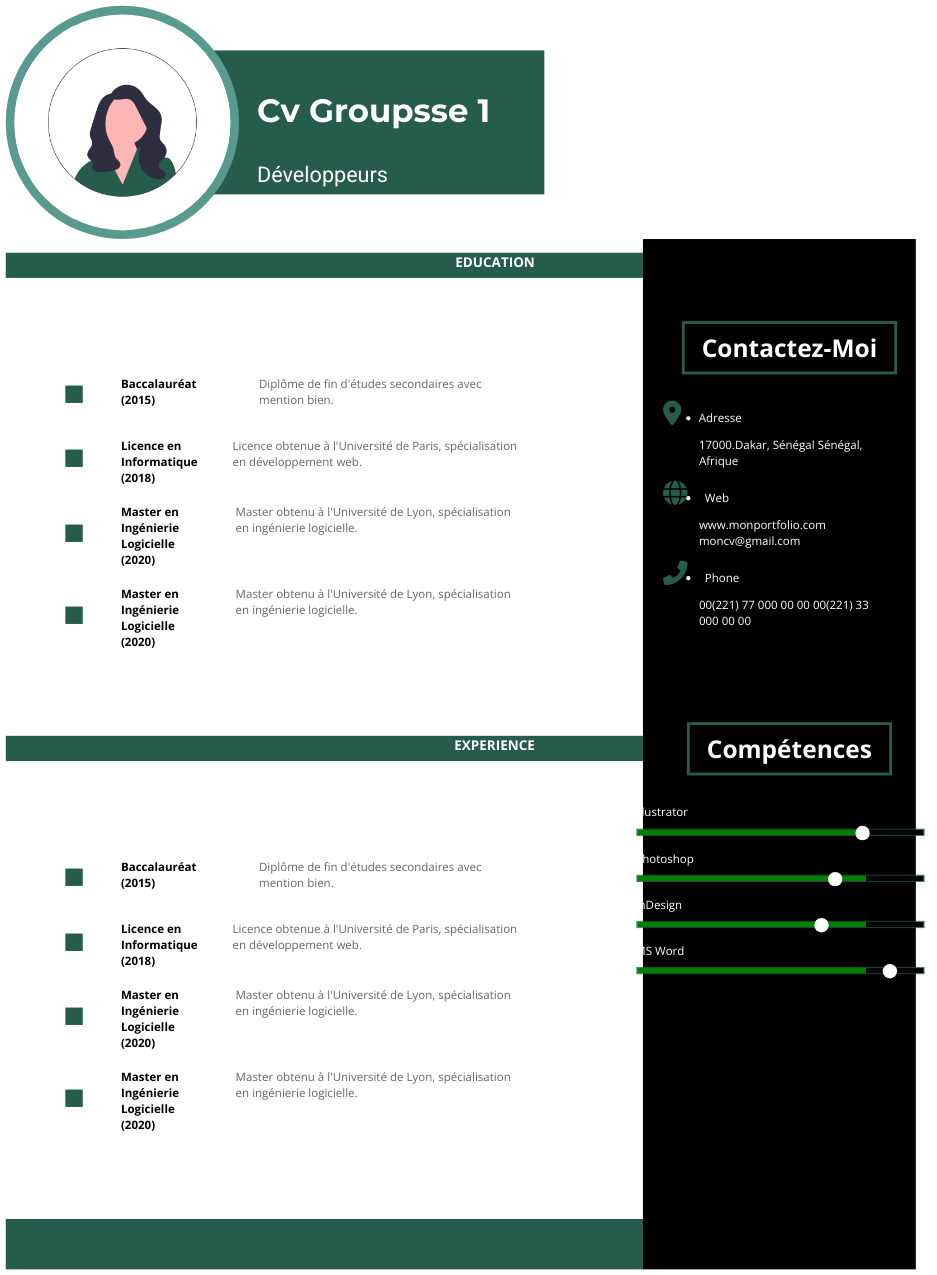
Repository: NdiongueFH/Mon_CV
Page: CV_Groupe1.html
These files come from the project's save history. The page is drawn as it stood at one moment and after the next save; the edit follows.
The browser window is 1280 px wide. The page is 1302 px wide, so the pictures cover 1302 px, including what lies to the right of the window. The pictures show the whole page, at 72% of full size.

Above is the page before, as saved 2024-08-04 23:21:46.

### CV_Groupe1.html
<!DOCTYPE html>
<html lang="fr">
<head>
    <meta charset="UTF-8">
    <meta name="viewport" content="width=device-width, initial-scale=1.0">
    <!--Lin Font Awesome-->
    <link rel="stylesheet" href="https://cdnjs.cloudflare.com/ajax/libs/font-awesome/6.0.0-beta3/css/all.min.css">
    <!--Intégration de police d'écriture via un lien web-->
    <link href="https://fonts.googleapis.com/css2?family=Montserrat:wght@400;700&family=Open+Sans:wght@400;700&family=Roboto:wght@400;500&display=swap" rel="stylesheet">
    <!--Intégration de notre lien CSS-->
    <link rel="stylesheet" href="CV_Groupe1.css">
    <title>MON CV</title>

</head>
<body>
    <!--section principale-->
    <section id="principal">

        <!--Début Partie Ndiawar-->

        <!--la partie profile de notre cv-->
        <section id="profile">
            <!--identité-->
            <div id="identite">
                <!--image-->
                <div class="image">
                    <img id="image_profil" src="./image/profil.png" alt="" sizes="30" srcset="">
                </div>
                <!--fin image-->
                <!--debut nom-->
                <div class="nom">
                    <h1 id="name_cv">Cv Groupsse 1</h1>
                    <span id="function">Développeurs</span>
                </div>
                <!--fin nom-->
            </div>
            <!--fin identité-->
        </section>
        <!--fin de la partie profile-->

        <!--Fin Partie Ndiawar Diop-->


        <!--le debut du corp de notre cv-->
        <section  id="renseignement">
            <!--corp -->
            <div id="corps">
                <!--debut blanc-->
                <div class="blanc">


                    <!--Début Partie Anta Maguette Faye-->


                    <!--education-->
                    <div class="edu_exp">
                        <!--titre education-->
                        <div class="titre_edu_exp">
                            <h1 class="h1_titr">
                                EDUCATION
                            </h1>
                        </div>
                        <!--fin titre education-->
                        <!--parti education-->
                        <div id="info_edu">
                            <ul class="liste-diplomes">
                                <li>
                                    <div class="info">
                                        <span class="diplome">Baccalauréat</span>
                                        <span class="annee">(2015)</span>
                                    </div>
                                    <p class="description">Diplôme de fin d'études secondaires avec mention bien.</p>
                                </li>
                                <li>
                                    <div class="info">
                                        <span class="diplome">Licence en Informatique</span>
                                        <span class="annee">(2018)</span>
                                    </div>
                                    <p class="description">Licence obtenue à l'Université de Paris, spécialisation en développement web.</p>
                                </li>
                                <li>
                                    <div class="info">
                                        <span class="diplome">Master en Ingénierie Logicielle</span>
                                        <span class="annee">(2020)</span>
                                    </div>
                                    <p class="description">Master obtenu à l'Université de Lyon, spécialisation en ingénierie logicielle.</p>
                                </li>
                                <li>
                                    <div class="info">
                                        <span class="diplome">Master en Ingénierie Logicielle</span>
                                        <span class="annee">(2020)</span>
                                    </div>
                                    <p class="description">Master obtenu à l'Université de Lyon, spécialisation en ingénierie logicielle.</p>
                                </li>
                            </ul>
                        </div>
                        <!--fin parti education-->
                    </div>
                    <!--fin education-->


                    <!--Fin Partie Anta Maguette Faye-->

                    <!--Début Partie Fatoumata Hawa Ndiongue-->

                    <!--experience-->
                    <div class="edu_exp" >
                        <!--titre experience-->
                        <div class="titre_edu_exp">
                            <h1 class="h1_titr">
                                EXPERIENCE
                            </h1>
                        </div>
                        <!--fin titre experience-->
                        <!--parti experience-->
                        <div id="info_exp">
                            <ul class="liste-diplomes">
                                <li>
                                    <div class="info">
                                        <span class="diplome">Baccalauréat</span>
                                        <span class="annee">(2015)</span>
                                    </div>
                                    <p class="description">Diplôme de fin d'études secondaires avec mention bien.</p>
                                </li>
                                <li>
                                    <div class="info">
                                        <span class="diplome">Licence en Informatique</span>
                                        <span class="annee">(2018)</span>
                                    </div>
                                    <p class="description">Licence obtenue à l'Université de Paris, spécialisation en développement web.</p>
                                </li>
                                <li>
                                    <div class="info">
                                        <span class="diplome">Master en Ingénierie Logicielle</span>
                                        <span class="annee">(2020)</span>
                                    </div>
                                    <p class="description">Master obtenu à l'Université de Lyon, spécialisation en ingénierie logicielle.</p>
                                </li>
                                <li>
                                    <div class="info">
                                        <span class="diplome">Master en Ingénierie Logicielle</span>
                                        <span class="annee">(2020)</span>
                                    </div>
                                    <p class="description">Master obtenu à l'Université de Lyon, spécialisation en ingénierie logicielle.</p>
                                </li>
                            </ul>
                        </div>
                        <!--fin parti experience-->
                    </div>
                    <!--fin experience-->

                    <!--Début Footer-->
                    <div id="footer">

                    </div>
                    <!--Fin Footer-->

                    <!--Fin Partie Fatoumata Hawa Ndiongue-->

                </div>
                <!--fin blanc-->

                <!--Début Moustapha Dieng-->


                <!--debut noir-->
                <div class="noir">
                    <!--contact-->
                    <div class="contact">
                        <!--titre contact-->
                        <div class="title">
                            <h1 class="titre_contact_skill">
                                Contactez-Moi
                            </h1>
                        </div>
                        <!--fin titre contact-->
                        <!-- donnee contact-->
                        <div class="donnees_contact">
                            <ul class="list_contact">
                                <li>
                                    <p class="icon_contact">
                                        <i class="fas fa-map-marker-alt"></i> Adresse
                                    </p>
                                    <div class="contactez">
                                        <span class="detail">17000.Dakar, Sénégal</span>
                                        <span class="desc">Sénégal, Afrique</span>
                                    </div>
                                </li>
                            </ul>
                            <ul class="list_contact">
                                <li>
                                    <p class="icon_contact">
                                        <i class="fas fa-globe"></i> Web
                                    </p>
                                    <div class="contactez">
                                        <span class="detail">www.monportfolio.com</span>
                                        <span class="desc">moncv@gmail.com</span>
                                    </div>
                                </li>
                            </ul>
                            <ul class="list_contact">
                                <li>
                                    <p class="icon_contact">
                                        <i class="fas fa-phone-alt"></i> Phone
                                    </p>
                                    <div class="contactez">
                                        <span class="detail">00(221) 77 000 00 00</span>
                                        <span class="desc">00(221) 33 000 00 00</span>
                                    </div>
                                </li>
                            </ul>
                        </div>
                        <!-- End Contact Data -->
                    </div>
                        <!--fin donnee contact-->
                    <!--fin contact-->
                    <!--skill-->
                    <div class="contact">
                        <!--titre skill-->
                        <!--titre contact-->
                        <div class="title">
                            <h1 class="titre_contact_skill">
                                Compétences
                            </h1>
                        </div>
                        <!--fin titre contact-->
                        <!--fin titre skill-->
                        <!--donné skill-->
                        <div class="donnees_skill">
                            <form>
                                <div class="skill">
                                    <label for="skill1">Illustrator</label>
                                    <input type="range" id="skill1" name="skill1" min="0" max="100" value="80" step="1">
                                </div>
                                <div class="skill">
                                    <label for="skill2">Photoshop</label>
                                    <input type="range" id="skill2" name="skill2" min="0" max="100" value="70" step="1">
                                </div>
                                <div class="skill">
                                    <label for="skill3">InDesign</label>
                                    <input type="range" id="skill3" name="skill3" min="0" max="100" value="65" step="1">
                                </div>
                                <div class="skill">
                                    <label for="skill4">MS Word</label>
                                    <input type="range" id="skill4" name="skill4" min="0" max="100" value="90" step="1">
                                </div>
                            </form>
                        </div>
                        <!--fin donné skill-->
                    </div>
                    <!--fin skill-->
                    <!--resaux socio-->
                    <div id="resaux"></div>
                    <!--fin resaux socio-->
                </div>
                <!--fin noir-->

                <!--Fin Moustapha Dieng-->


            </div>
            <!--fin corp-->

        </section>
        <!--la fin du corp de notre cv-->
    </section>
    <!--Fin section principale-->

</body>
</html>

### CV_Groupe1.css
/*Le pseudo-élément `:root` en CSS permet de définir des variables globales pour un document,
représentant l'élément `<html>`. Utilisé pour centraliser la gestion des styles comme
les couleurs et les polices, il facilite la maintenance du CSS en rendant
les valeurs facilement réutilisables et modifiables dans toute la feuille de style.*/

:root {
    /* Définition des couleurs de base */
    --teal-1: #265C4B; /* Teal foncé */
    --teal-2: #146551; /* Teal moyen foncé */
    --teal-3: #007566; /* Teal vif */
    --teal-4: #589A8D; /* Teal clair */
    --teal-5: #fff; /* Blanc très clair */
    --Noir-6: #000000; /*Noir*/
    --Blanc-7: #ffffff; /*Blanc*/

    /* Utilisation des couleurs pour différents éléments */

    --color-title: var(--teal-1); /* Couleur pour les titres */
    --color-subtitle: var(--teal-3); /* Couleur pour les sous-titres */
    --color-paragraph: var(--teal-2); /* Couleur pour les paragraphes */
    --color-border: var(--teal-4); /* Couleur pour les bordures */
    --color-backgroundFoncé: var(--teal-1); /*Couleur de fond foncée*/
    --color-background: var(--teal-5); /* Couleur de fond général */
    --color-text: var(--Noir-6); /*Couleur pour le texte de fond*/
    --color-white: var(--Blanc-7); /*Couleur blanche pour les texte de fon d'une balise"*/
}

/*Intégration de nos polices d'écritures générales pour notre texte, titre et les sous-titres*/
:root {
    /* Polices */
    --font-title: 'Montserrat', sans-serif;
    --font-text: 'Open Sans', sans-serif;
    --font-subtitle: 'Roboto', sans-serif;

    /* Taille de police standard et poids */
    --font-size-normal: 16px; /* Taille de police standard pour le texte */
    --font-size-title: 28px; /* Taille de police pour les grands titres */
    --font-size-subtitle: 20px; /* Taille de police pour les sous-titres */
    --font-weight-normal: 400; /* Poids normal de la police */
    --font-weight-bold: 700; /* Poids en gras */
    /*Pour le profil la taile du nom et du sous-titre*/
    --font-size-titleProfil: 45px;
    --font-size-subtitleProfil: 30px;
}

/*Initialisation de notre body pour supprimer les marges et choix du type de police pour notre site*/
body {
    color: var(--color-text);
    background-color: var(--color-background);
    font-family: var(--font-text);
    font-size: var(--font-size-normal);
    font-weight: var(--font-weight-normal);
}

/*Partie Ndiawar Diop*/
    /*Début partie profil de Mon_CV*/

/*Div Identité*/
#identite {
    display: flex;
    align-items: center; /* Pour aligner verticalement les éléments à l'intérieur */
    background: none;
}
/*Image*/
.image {
    background-color: var(--color-background);
    border: 12px solid var(--color-border);
    width: 300px;  /* Assurez-vous que le conteneur est carré */
    height: 300px;
    border-radius: 50%;  /* Rend l'image ronde */
    overflow: hidden;  /* Cache les parties de l'image qui débordent */
    z-index: 2; /* Nous Plaçons l'image au-dessus de .nom */
    position: relative; /* Nécessaire pour appliquer z-index */
}

#image_profil {
    width: 100%;
    height: 100%;
    object-fit: contain;  /* Garantit que l'image couvre tout l'espace sans déformation */
}
/*Le nom du profil*/
.nom {
    background-color: var(--color-backgroundFoncé);
    width: 30%;
    height: 200px; /* Aligner la hauteur avec celle de l'image */
    display: flex;
    color: var(--color-white);
    flex-direction: column;
    justify-content: center;
    text-align: left;
    padding: 0 20px 0 75px;
    margin-left: -50px; /* Ajustement pour le chevauchement */
    z-index: 1; /* S'assurer que .nom se superpose à .image */
    position: relative;
}
#name_cv{
    font-family: var(--font-title);
    font-size: var(--font-size-titleProfil);
    font-weight: var(--font-weight-bold);
}
#function {
    font-family: var(--font-subtitle);
    font-size: var(--font-size-subtitleProfil);
    font-weight: var(--font-weight-normal);
}
    /*Fin Partie profil de Mon_Cv*/
/*Fin Partie Ndiawar Diop*/

/*Partie Section 2*/
#corps {
    display: flex;
}
.blanc {
    width: 70%;

}
    /*Partie Anta Maquette Faye
.titre_edu_exp {
}*/
.h1_titr {
    height: 35px;
    padding-right: 150px;
    background-color: var(--color-backgroundFoncé);
    text-align: right;
    color: var(--color-white);

}

    /*Partie Education*/
    #info_edu {
        max-width: 600px;
        margin: 120px;
    }
    #info_exp{
        max-width: 600px;
        margin: 120px;
    }
    .liste-diplomes li {
        display: flex;
        align-items: baseline;
        margin-bottom: 10px;
        position: relative; /* Position relative pour placer les puces */
    }

    .liste-diplomes li::before {
        content: "■"; /* Utiliser un carré comme puce */
        color: #265C4B; /* Teal foncé */
        font-size: 50px;
        position: absolute;
        left: -80px; /* Position de la puce */
        top: 50%;
        transform: translateY(-50%); /*Nous permet de déplacer le content */
    }

    .info {
        width: 200px; /* Largeur fixe pour le diplôme et l'année */
        font-weight: bold;
        display: flex;
        flex-direction: column;
        justify-content: left;
    }

    .diplome {
        margin-right: 10px; /* Espace entre le diplôme et l'année */
    }

    .description {
        margin-left: 15px; /* Espace entre l'info et la description */
        flex-grow: 1; /* Permet à la description de prendre le reste de l'espace */
        color: #666; /* Couleur de texte pour la description */
    }


    /*Footer*/
    #footer {
        height: 10px;
        padding: 30px;
        background-color: var(--color-backgroundFoncé);
    }

    /*Partie Noir*/
    .noir {
        width: 30%;
        background-color: var(--color-text);
        height: auto;
        color: var(--color-white);
    }
    .contact {
        display: flex;
        flex-direction: column;
        align-items: center; /* Center horizontally */
        justify-content: center; /* Center vertically (if height is set) */
        width: 80%; /* ou toute autre largeur appropriée */
        margin: 0 auto;
        padding-top: 80px;
        color: var(--color-white);
    }

    .titre_contact_skill {
        font-size: 34px;
        margin-bottom: 20px;
        text-align: center; /* Center the title text */
        border: 4px solid var(--color-backgroundFoncé);
        width: 100%; /* Ajuste selon tes besoins */
        padding: 10px;
    }

    .icon_contact i {
        margin: 0 20px 0 -50px;
        color: var(--color-backgroundFoncé); /* Assure-toi que les icônes sont blanches */
        font-size: 34px; /* Ajuste la taille si nécessaire */
    }
    .donnees_skill {
        width: 400px; /* Adjust width to fit your design */
        padding: 20px;
    }

    .form-title {
        color: #fff;
        text-align: center;
        margin-bottom: 20px;
    }

    .skill {
        margin-bottom: 15px;
    }

    .skill label {
        display: block;
        color: #fff;
        font-size: 16px;
        margin-bottom: 5px;
    }

    .skill input[type="range"] {
        -webkit-appearance: none; /* Override default appearance */
        appearance: none;
        width: 100%;
        height: 10px; /* Height of the slider */
        background: transparent;
        outline: none;
    }

    .skill input[type="range"]::-webkit-slider-runnable-track {
        height: 10px;
        background: linear-gradient(to right, green 80%, rgb(5, 5, 5) 80%); /* Green for the first 80%, blue for the rest */
        border: 1px solid var(--color-backgroundFoncé);
    }

    .skill input[type="range"]::-webkit-slider-thumb {
        -webkit-appearance: none;
        appearance: none;
        width: 20px; /* Width of the thumb */
        height: 20px; /* Height of the thumb */
        background: #fff; /* White color for thumb */
        cursor: pointer;
        border-radius: 50%;
        border: none;
        position: relative;
        top: -5px; /* Center the thumb vertically */
    }

    .skill input[type="range"]:focus::-webkit-slider-runnable-track {
        background: linear-gradient(to right, green 80%, rgb(7, 7, 7) 80%);

    }

    /* Mozilla specific styles */
    .skill input[type="range"]::-moz-range-track {
        height: 10px;
        background: linear-gradient(to right, green 80%, rgb(5, 5, 5) 80%);
    }

    .skill input[type="range"]::-moz-range-thumb {
        width: 20px;
        height: 20px;
        border: none;
        background: #fff;
        border-radius: 50%;
    }

    /* Microsoft specific styles */
    .skill input[type="range"]::-ms-track {
        width: 100%;
        height: 10px;
        background: transparent;
        border-color: transparent;
        color: transparent;
    }

    .skill input[type="range"]::-ms-fill-lower {
        background: green;
    }

    .skill input[type="range"]::-ms-fill-upper {
        background: rgb(7, 7, 7);
        border: 1px solid black;
    }

    .skill input[type="range"]::-ms-thumb {
        width: 20px;
        height: 20px;
        background: #fff;
        border-radius: 50%;
        border: none;
    }

After the next save:
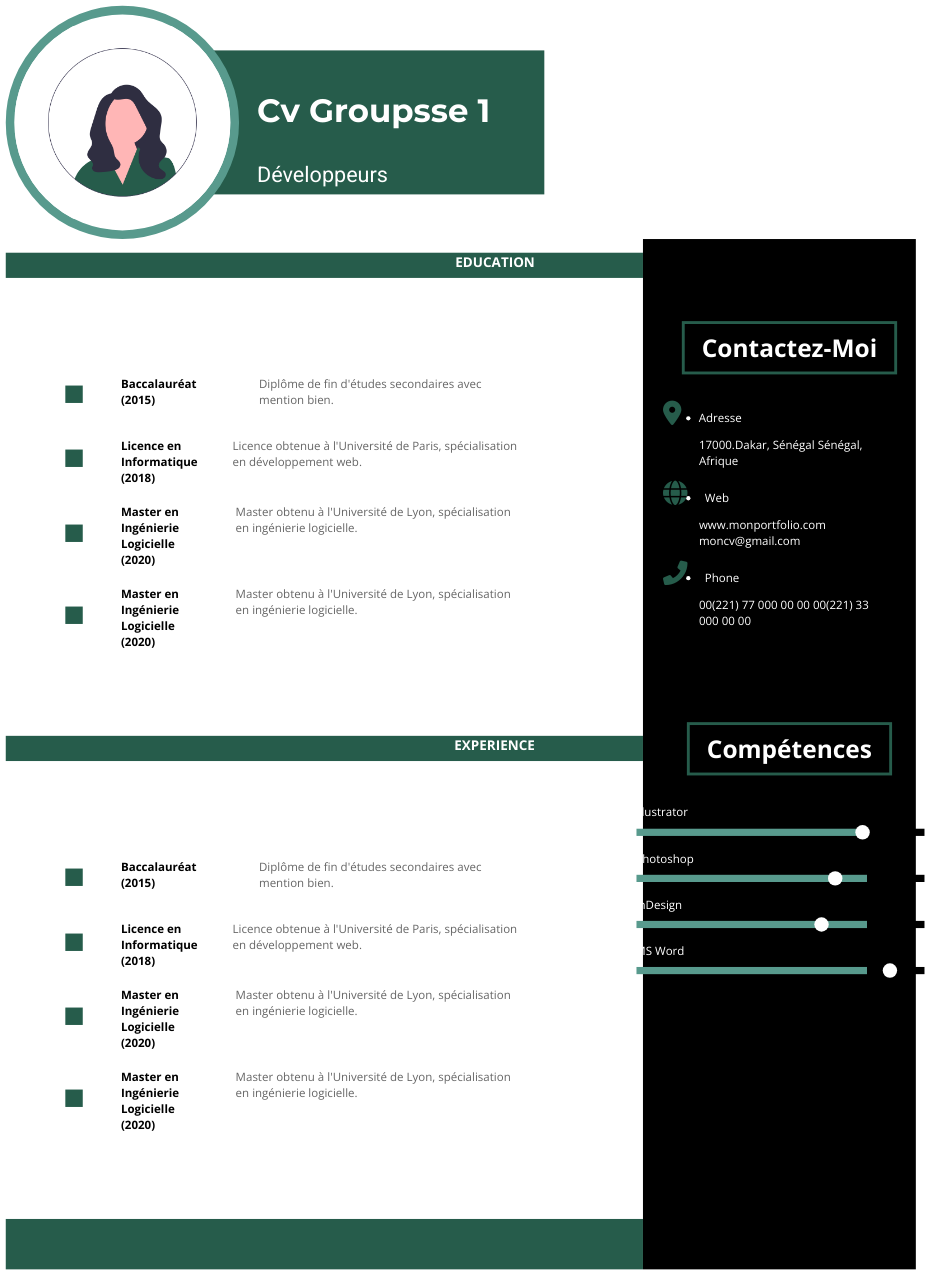
Saved 7 min 18 s later.
--- a/CV_Groupe1.css
+++ b/CV_Groupe1.css
@@ -243,8 +243,7 @@ body {
 
     .skill input[type="range"]::-webkit-slider-runnable-track {
         height: 10px;
-        background: linear-gradient(to right, green 80%, rgb(5, 5, 5) 80%); /* Green for the first 80%, blue for the rest */
-        border: 1px solid var(--color-backgroundFoncé);
+        background: linear-gradient(to right, var(--color-border) 80%, var(--color-text) 80%);
     }
 
     .skill input[type="range"]::-webkit-slider-thumb {
@@ -261,14 +260,13 @@ body {
     }
 
     .skill input[type="range"]:focus::-webkit-slider-runnable-track {
-        background: linear-gradient(to right, green 80%, rgb(7, 7, 7) 80%);
-
+        background: linear-gradient(to right, var(--color-border) 80%, var(--color-text) 80%);
     }
 
     /* Mozilla specific styles */
     .skill input[type="range"]::-moz-range-track {
         height: 10px;
-        background: linear-gradient(to right, green 80%, rgb(5, 5, 5) 80%);
+        background: linear-gradient(to right, var(--color-border) 80%, var(--color-text) 80%);
     }
 
     .skill input[type="range"]::-moz-range-thumb {
@@ -289,12 +287,12 @@ body {
     }
 
     .skill input[type="range"]::-ms-fill-lower {
-        background: green;
+        background: var(--color-border);
     }
 
     .skill input[type="range"]::-ms-fill-upper {
-        background: rgb(7, 7, 7);
-        border: 1px solid black;
+        background: var(--color-text);
+        border: 1px solid var(--color-border);
     }
 
     .skill input[type="range"]::-ms-thumb {
